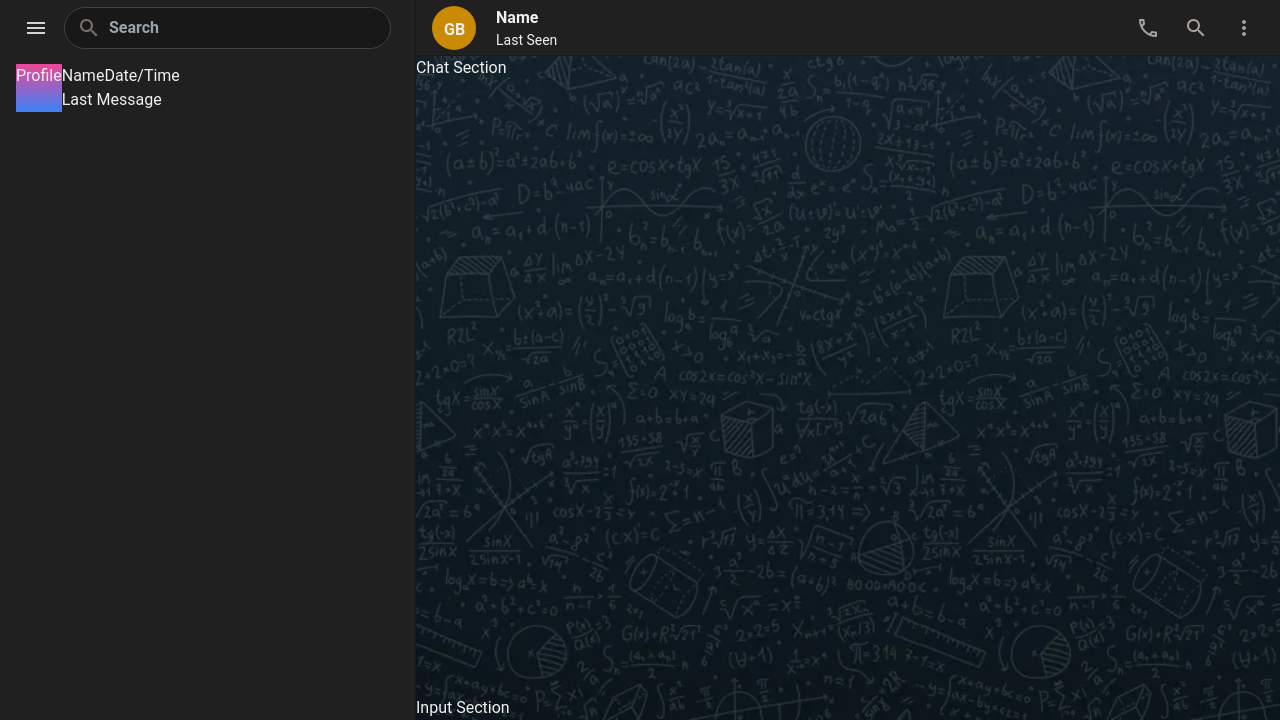
Repository: Qu4ntumGuy/telegram-clone
Page: /
The author's editor kept a copy of each file at every save. The page is drawn from the files as they stood at one save, then again after the next save.
The browser window is 1280 px wide. The pictures show the whole page.
The page's requests for data from a server got no answer. The project was rebuilt for these pictures with package versions that can differ from the ones it lists, and the page was loaded fresh each time. No one was signed in, and anything a server would have sent is missing. Also part of the build but not shown: src/Pages/ChatPage.js/ChatPage.js.

Above is the page before, as saved 2024-07-15 13:43:33.

After the next save:
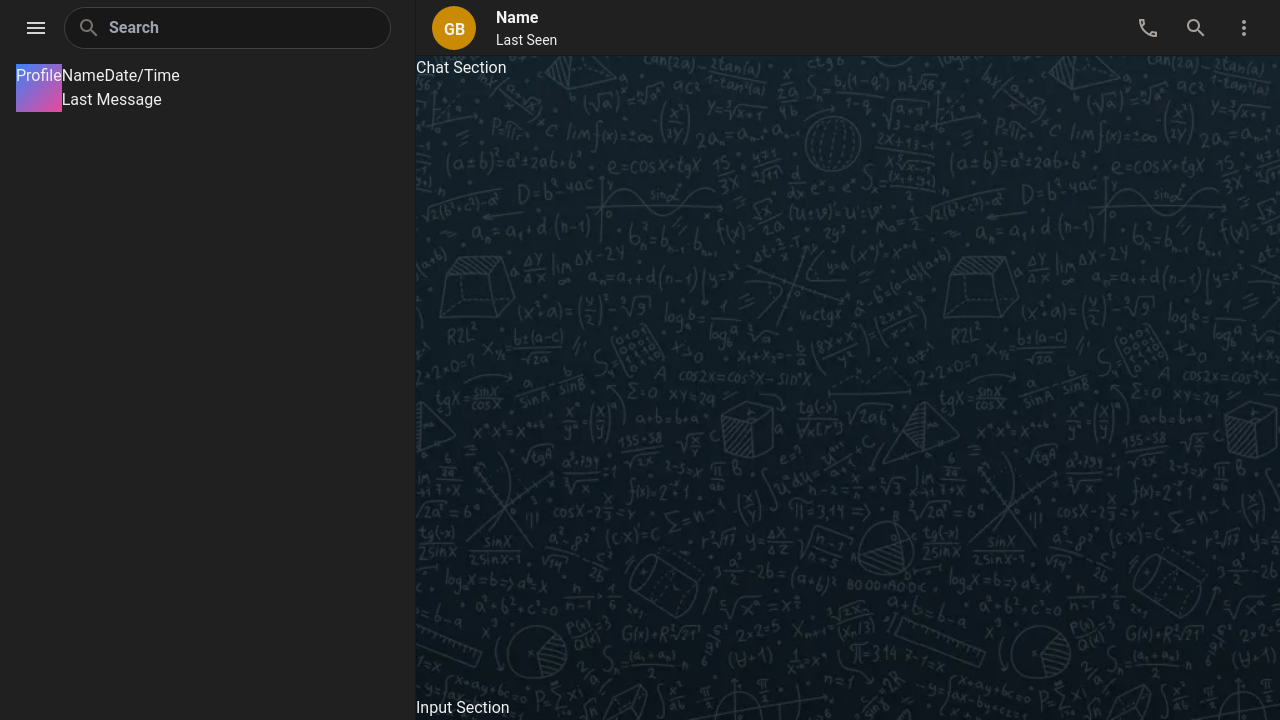
Saved 59 s later.
--- a/src/Components/Chat.js
+++ b/src/Components/Chat.js
@@ -3,7 +3,9 @@ import React from "react";
 function Chat({ name, profile }) {
   return (
     <div className="flex hover:bg-stone-700 hover:bg-opacity-30 p-2 mx-2 rounded-lg">
-      <div className=" bg-gradient-to-t from-blue-500 to-pink-500">Profile</div>
+      <div className=" bg-gradient-to-br from-blue-500 to-pink-500">
+        Profile
+      </div>
       <div className="flex flex-col">
         <div className="flex">
           <div>Name</div>
